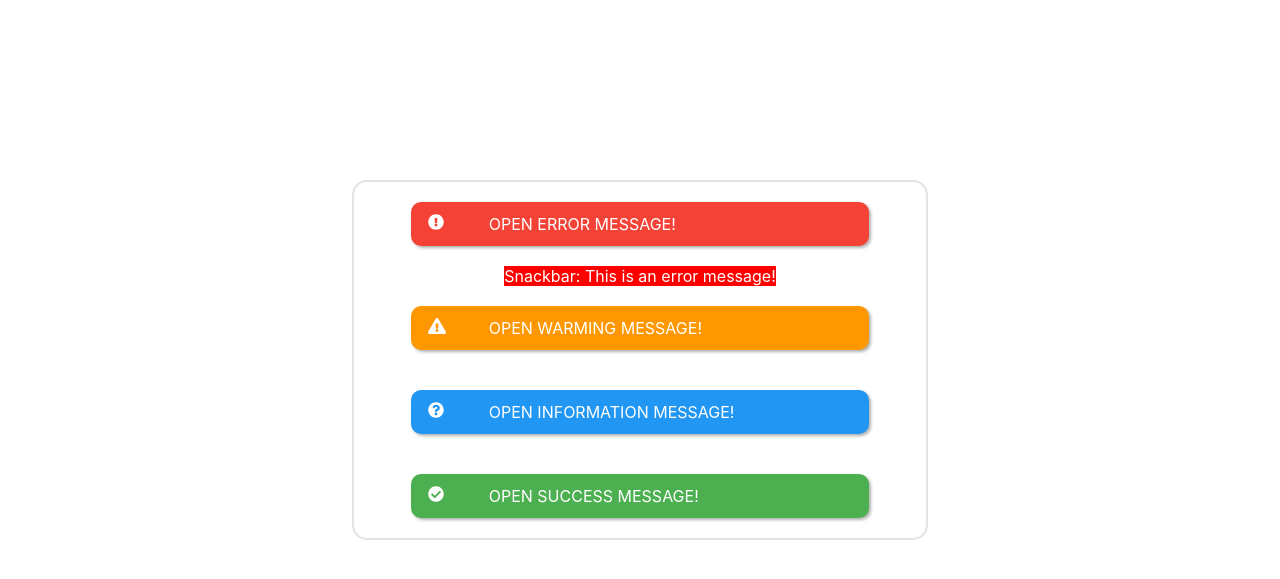
Repository: KrzysKolo/sr_tydzien5_zad2
Page: /, after clicking the first element matching `div.btn`
The author's editor kept a copy of each file at every save. The page is drawn from the files as they stood at one save, then again after the next save.
The browser window is 1280 px wide. The pictures show the whole page.
The project was rebuilt for these pictures with package versions that can differ from the ones it lists, and the page was loaded fresh each time.

Above is the page before, as saved 2020-12-28 03:18:24.

After the next save:
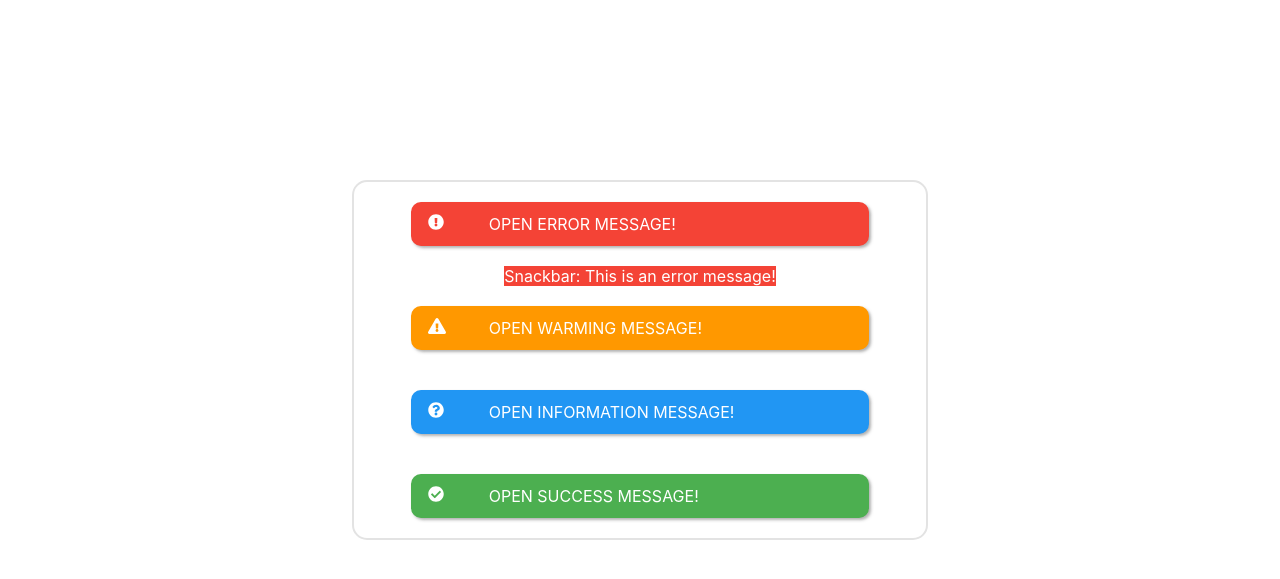
Saved 2 min 55 s later.
--- a/src/App.css
+++ b/src/App.css
@@ -35,15 +35,18 @@ body {
 }
 .error {
   color: white;
-  background: red;
+  background: rgb(244, 67, 54);
 }
 
 .success {
   color: white;
   background: green;
 }
+.informaton {
+  background: rgb(33, 150, 243);
+}
 
 .warning {
-  background: orange;
+  background: rgb(255, 152, 0);
   color: white;
 }
